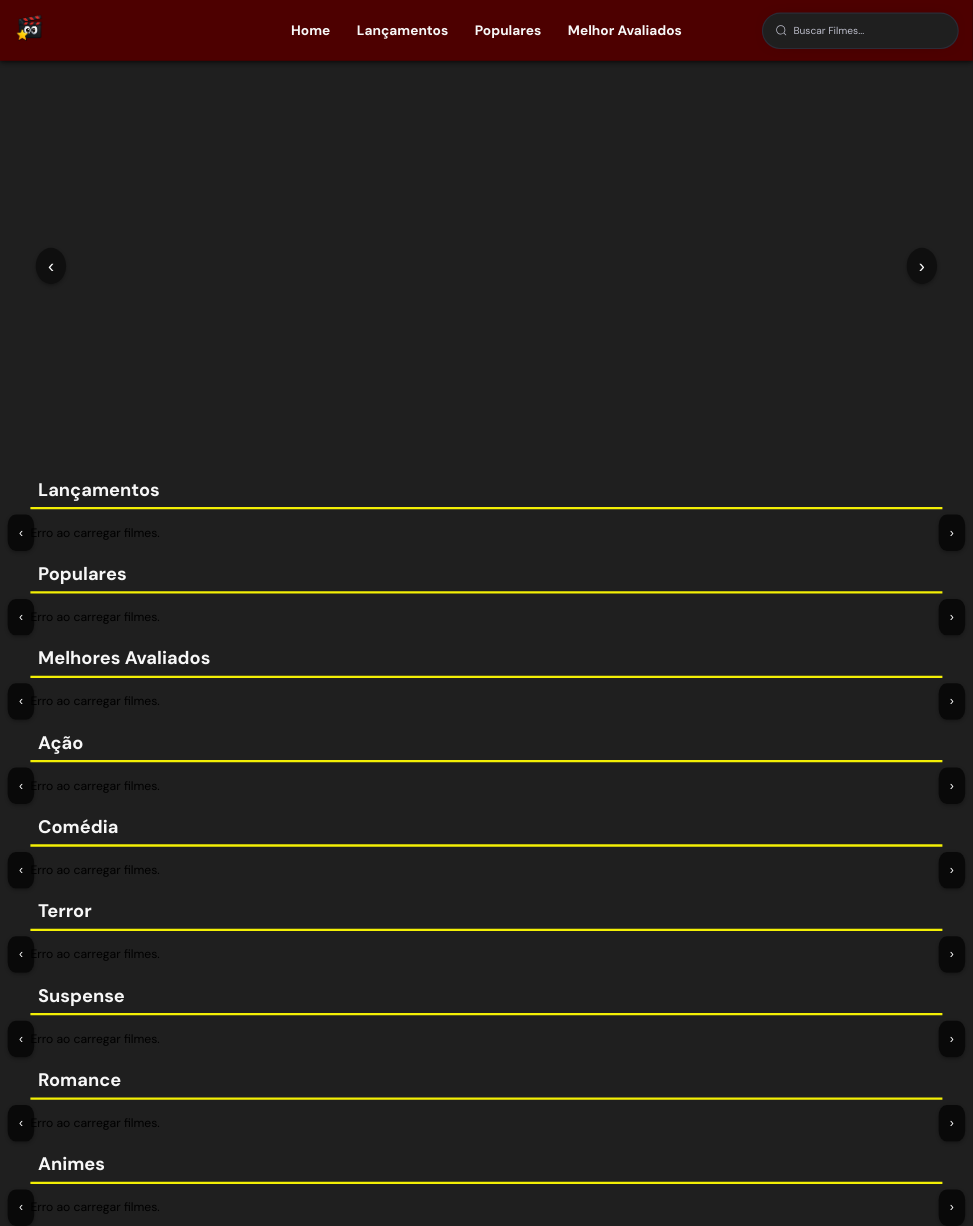
Repository: juanpablitozito/stat-viewer
Page: index.html
These files come from the project's save history. The page is drawn as it stood at one moment and after a run of saves; the edit follows.
The browser window is 1280 px wide. The pictures show the whole page, at 76% of full size.
The page's requests for data from a server got no answer.

Above is the page before, as saved 2025-10-02 04:45:24.

After the next 2 saves:
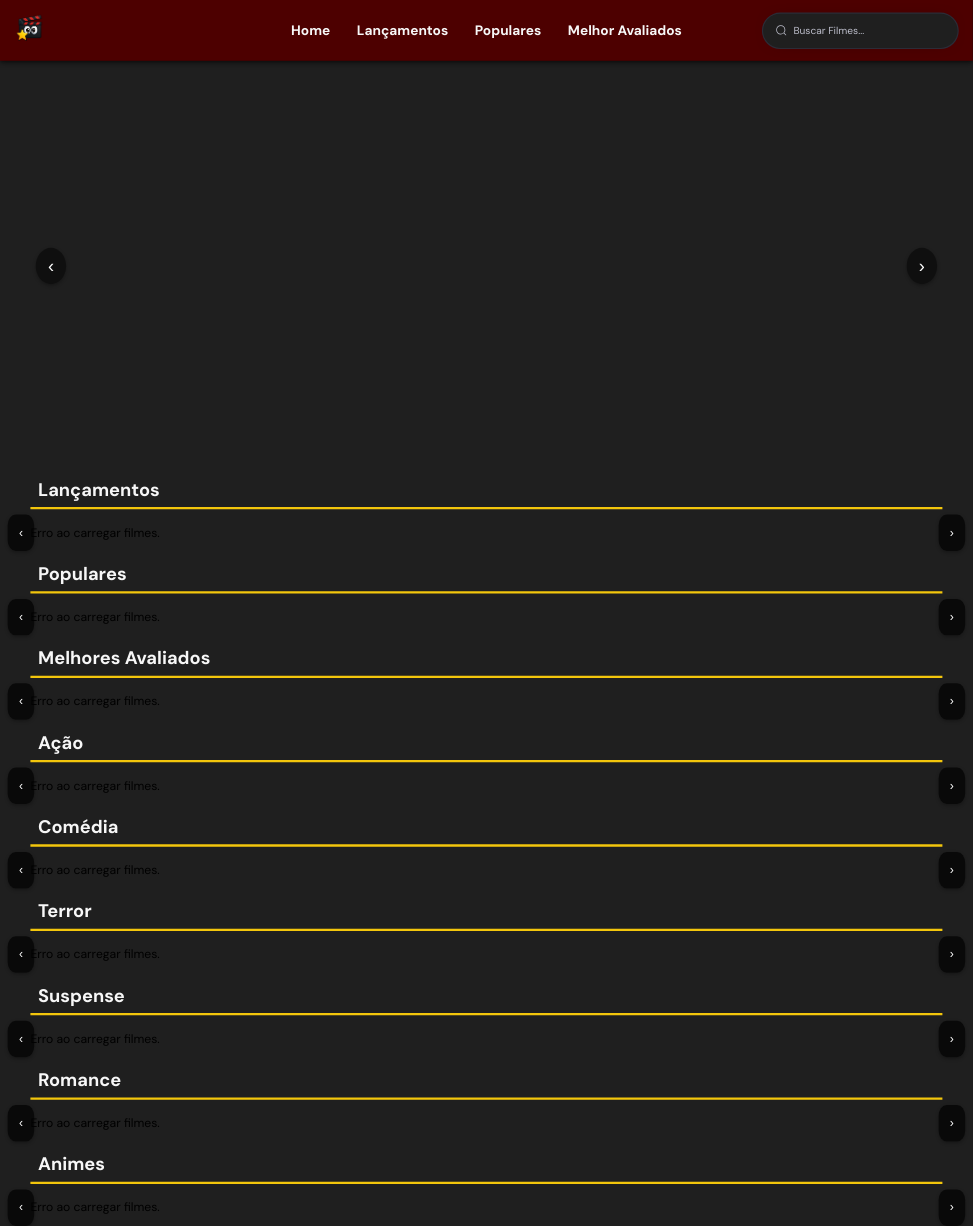
The 2 saves are shown as one change because they came seconds apart.
The last was saved 17 s later.
--- a/src/styles/style.css
+++ b/src/styles/style.css
@@ -3,7 +3,7 @@
   --cor-primaria: #1f1f1f;
   --accent-color: #a8a8a8;
   --highlight-color: #f7f7f7;
-  --button-color: rgba(255, 251, 4, 0.945);
+  --button-color: rgba(255, 208, 11, 0.945);
   --button-hover-color: #fffb04bb;
   --segunda-cor: rgb(77, 0, 0);
   --text-color: #f7f7f7;
